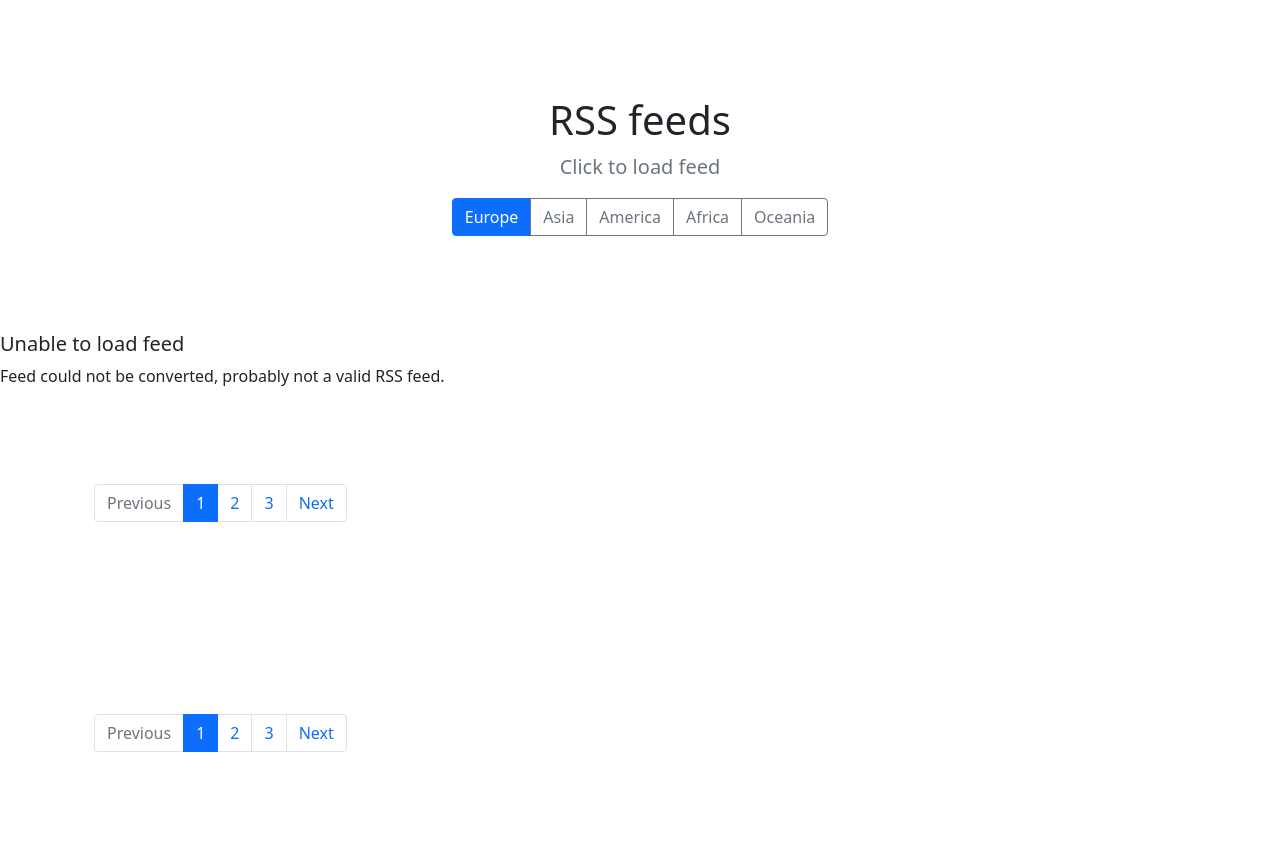
Repository: lilit1121/Templating-DOM-manipulation-and-data-processing
Page: europe.html
The author's editor kept a copy of each file at every save. The page is drawn from the files as they stood at one save, then again after the next save.
The browser window is 1280 px wide. The pictures show the whole page.
The page's requests for data from a server got no answer.

Above is the page before, as saved 2023-02-09 16:03:32.

After the next save:
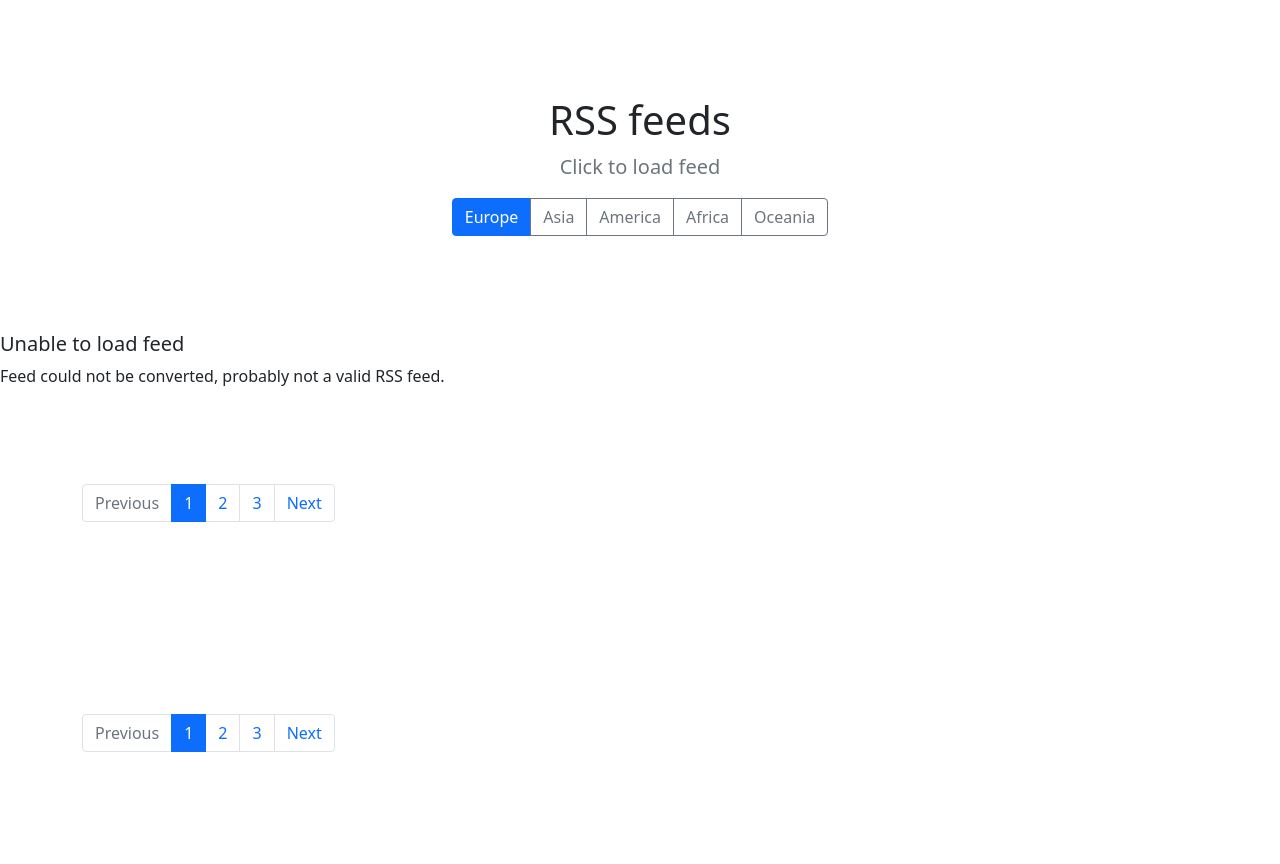
Saved 7 s later.
--- a/script.js
+++ b/script.js
@@ -72,7 +72,7 @@ function showCountrys(countriesData, sliceStart) {
 
 (async function getCountriesDataByRegion() {
   loadding.style.display = "contents";
-  main_container
+  main_container.style.display = "contents";
   await fetch(
     `https://restcountries.com/v3.1/region/${
       window.location.pathname.slice(1).split(".")[0]
